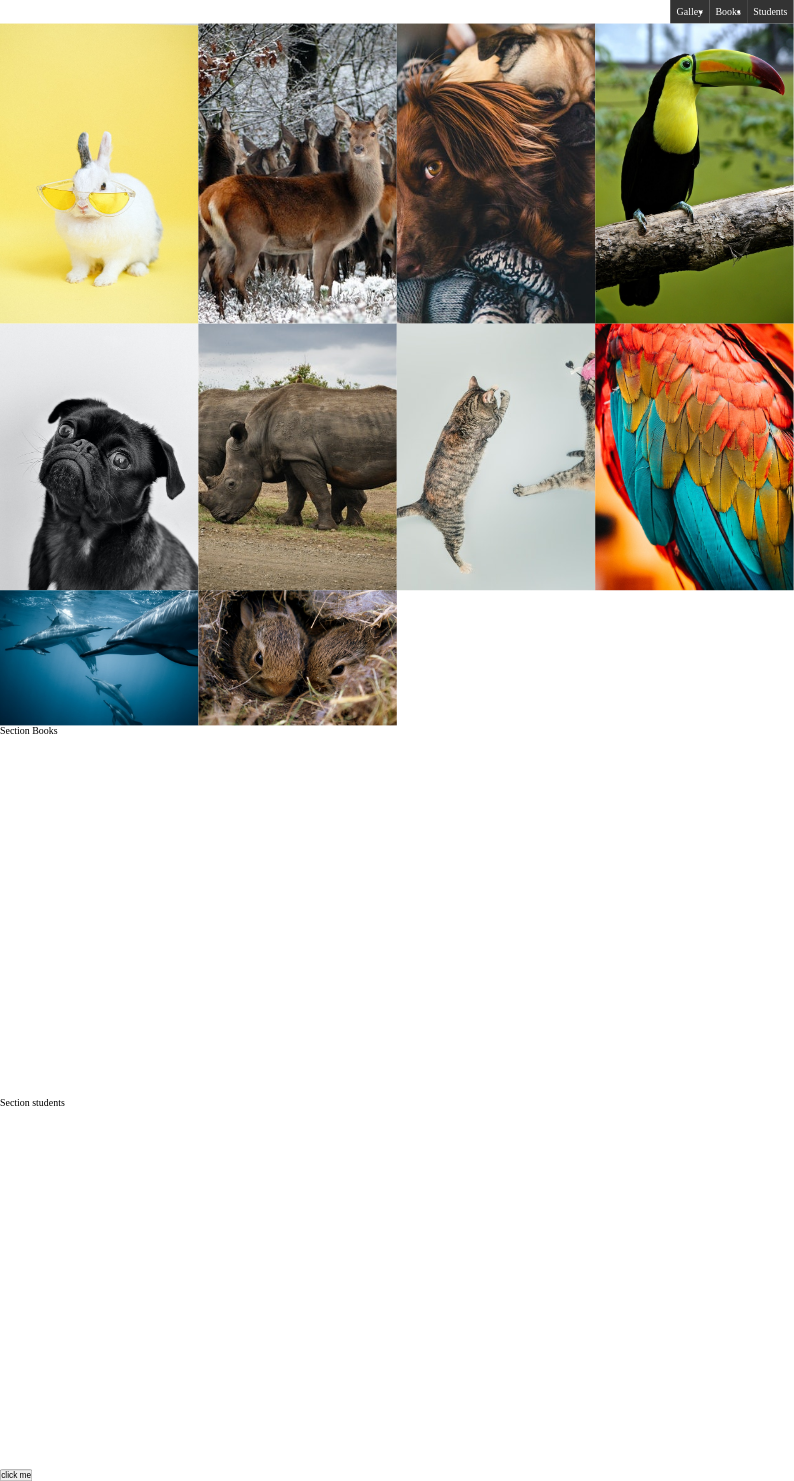
Repository: kuluong2000/homework-js-luongth
Page: homework-bai4/index.html
An editor plug-in stored every save of this project. The page is shown before and after the next save, followed by the edit.
The browser window is 1280 px wide. The pictures show the whole page, at 62% of full size.

Above is the page before, as saved 2021-10-15 21:48:27.

### homework-bai4/index.html
<!DOCTYPE html>
<html lang="en">
  <head>
    <meta charset="UTF-8" />
    <meta name="viewport" content="width=device-width, initial-scale=1.0" />
    <link rel="stylesheet" href="style.css" />
    <title>Project #2 - Image Gallery Pop up</title>
  </head>
  <body>
    <div class="menu">
      <div class="menu-nav">
        <ul>
          <!-- Có thể dùng href="#id" và scroll-behavior: smooth; trong css -->
          <!-- Nhưng nhớ làm = JS nha -->
          <li><a class="nav-link" attr-id="gallery">Galley</a></li>
          <li><a class="nav-link" attr-id="books">Books</a></li>
          <li><a class="nav-link" attr-id="students">Students</a></li>
        </ul>
      </div>
    </div>
    <section id="gallery" class="gallery">
      <!-- Image 1 -->
      <div class="img-container">
        <img src="img/small/pexels-anna-shvets-4588065.jpg" alt="1" />
      </div>

      <!-- Image 2 -->
      <div class="img-container">
        <img src="img/small/pexels-anthony-139639.jpg" alt="2" />
      </div>

      <!-- Image 3 -->
      <div class="img-container">
        <img src="img/small/pexels-burst-374825.jpg" alt="3" />
      </div>

      <!-- Image 4 -->
      <div class="img-container">
        <img src="img/small/pexels-carlos-spitzer-17811.jpg" alt="4" />
      </div>

      <!-- Image 5 -->
      <div class="img-container">
        <img src="img/small/pexels-charles-1851164.jpg" alt="5" />
      </div>

      <!-- Image 6 -->
      <div class="img-container">
        <img src="img/small/pexels-frans-van-heerden-631292.jpg" alt="6" />
      </div>

      <!-- Image 7 -->
      <div class="img-container">
        <img src="img/small/pexels-gratisography-4602.jpg" alt="7" />
      </div>

      <!-- Image 8 -->
      <div class="img-container">
        <img src="img/small/pexels-jan-kopřiva-3614358.jpg" alt="8" />
      </div>

      <!-- Image 9 -->
      <div class="img-container">
        <img src="img/small/pexels-jeremy-bishop-2422915.jpg" alt="9" />
      </div>
      <!-- Image 10 -->
      <div class="img-container">
        <img src="img/small/pexels-jim-long-949859.jpg" alt="10" />
      </div>
    </section>
    <div id="books" class="section-default">Section Books</div>

    <div id="students" class="section-default">Section students</div>
    <section class="color">
      <button class="btn-color">click me</button>
    </section>
    <!-- modal -->
    <div class="modal" id="modal-1">
      <img src="img/full/1.jpg" alt="" class="full-img" />
    </div>

    <script src="app.js"></script>
  </body>
</html>

### homework-bai4/style.css
html {
  scroll-behavior: smooth;
}
* {
  margin: 0;
  padding: 0;
  box-sizing: border-box;
}

.gallery {
  display: grid;
  grid-template-columns: repeat(auto-fit, minmax(300px, 1fr));
}

.img-container img {
  width: 100%;
  height: 100%;
  object-fit: cover;
  cursor: pointer;
}

.modal {
  background-color: rgba(53, 194, 18, 0.384);
  position: fixed;
  top: 0;
  left: 0;
  height: 100%;
  width: 100%;
  opacity: 0;
  pointer-events: none;
  transition: all 0.3s ease-in-out;
}

.full-img {
  position: absolute;
  height: 85%;
  top: 50%;
  left: 50%;
  transform: translate(-50%, -50%) scale(0.5);
  transition: all 0.3s ease-in-out;
}

/* Dynamic Classes */
.full-img.open {
  transform: translate(-50%, -50%) scale(1);
}

.modal.open {
  opacity: 1;
  pointer-events: all;
}

.section-default {
  height: 600px;
  width: 100%;
}

.menu-nav ul {
  display: flex;
  justify-content: flex-end;
}

.menu-nav ul li {
  padding: 10px;
  background: #333333;
  color: #ffffff;
}
.nav-link {
  cursor: pointer;
}

### homework-bai4/app.js
// BOM: window, location, screen, history

// const modal = document.getElementsByClassName('modal')[0]
// console.log(modal)
// // const imageModal = document.getElementsByClassName('full-img')[0]
// // console.log(imageModal)
// const imageModal = document.querySelector('.full-img')
// console.log(imageModal)

// // Tạo sự kiện click, doi url image va show popup
// // .addEventListener()
// const listImage = document.querySelectorAll('.img-container img')
// console.log(listImage)

// listImage.forEach(element => {
//     element.addEventListener('click', function() {
//         // Open modal
//         modal.classList.add('open')
//         const attrImg = element.getAttribute('alt')
//         // Set new url image
//         imageModal.src = '/img/full/'+attrImg+'.jpg'
//     })
// });

// modal.addEventListener('click',(e) => {
//     if(e.target.classList.contains("modal")) {
//         modal.classList.remove("open");
//     };
// });

// // Demo, làm tiếp yêu cầu scroll
// const elmntToView = document.getElementById("books");
// elmntToView.onclick(function() {
//     elmntToView.scrollIntoView();
// })
let listImage = document.querySelectorAll(".img-container img");
let modal = document.querySelector(".modal");
let modalImg = document.querySelector(".modal img");
listImage.forEach((element) => {
  element.addEventListener("click", () => {
    //   open modal
    modal.classList.add("open");
    //  get attribute of img
    let attrImg = element.getAttribute("src");
    // set attribute of img  for modalImg
    modalImg.setAttribute("src", attrImg);
  });
});
modal.addEventListener("click", (e) => {
  if (e.target.classList.contains("modal")) {
    modal.classList.remove("open");
  }
});

let navLink = document.querySelectorAll(".nav-link");
navLink.forEach((element) => {
  element.addEventListener("click", (e) => {});
});

After the next save:
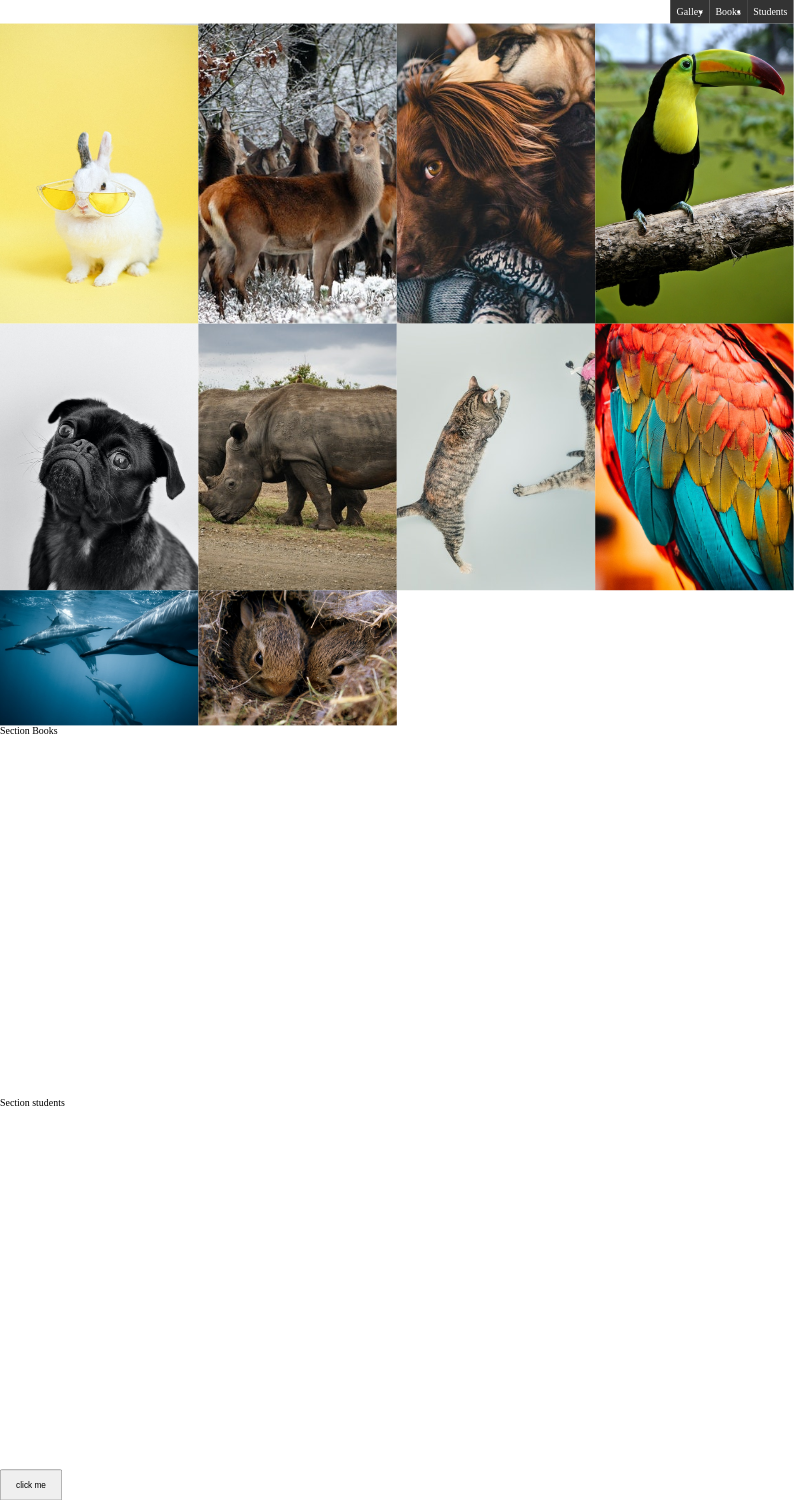
Saved 25 s later.
--- a/homework-bai4/style.css
+++ b/homework-bai4/style.css
@@ -68,3 +68,7 @@ html {
 .nav-link {
   cursor: pointer;
 }
+.btn-color {
+  width: 100px;
+  height: 50px;
+}
